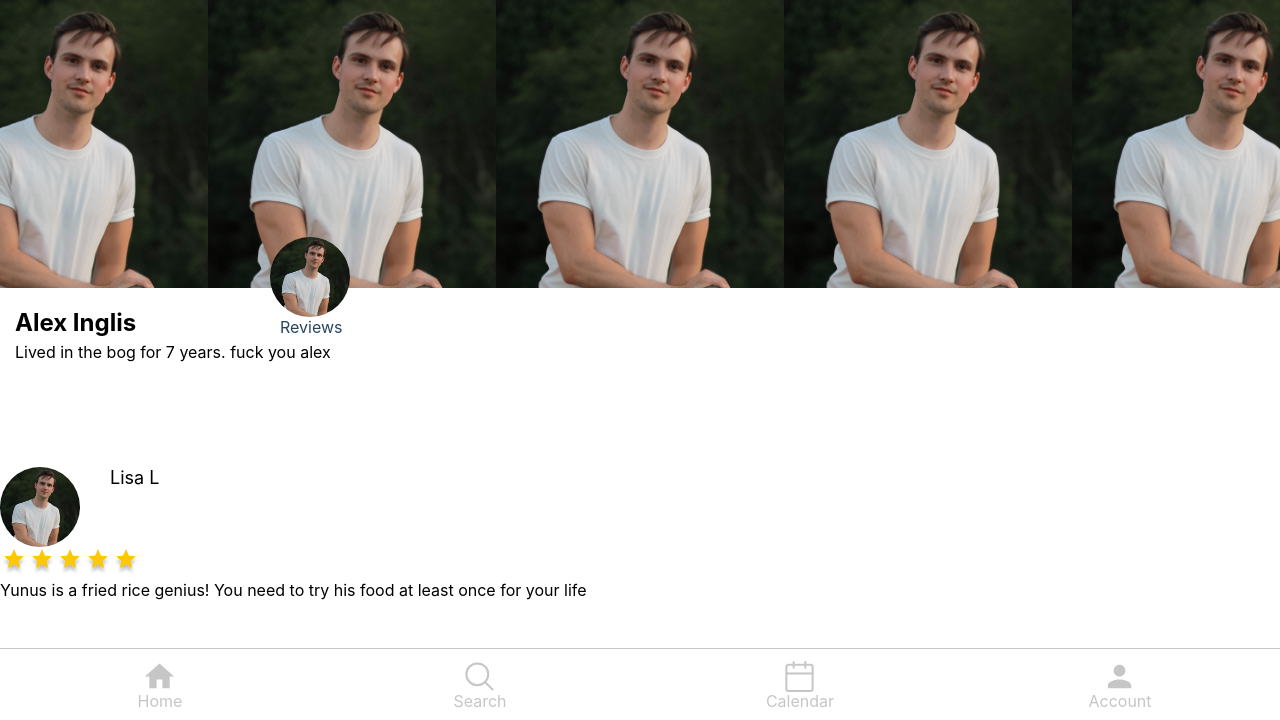
Repository: nguyenlejoe/HomeChef
Page: /MyAccountGourmet (app in app/)
These files come from the project's save history. The page is drawn as it stood at one moment and after the next save; the edit follows.
The browser window is 1280 px wide. The pictures show the whole page.
The project was rebuilt for these pictures with package versions that can differ from the ones it lists, and the page was loaded fresh each time. Also part of the build but not shown: app/src/comps/MainButton/index.js, app/src/comps/ActivityPost/index.js.

Above is the page before, as saved 2020-11-07 12:29:48.

### app/src/App.js
import React from 'react';
//import logo from './logo.svg';
//import './App.css';
import Pages from './pages/ChefReview';

function App() {
  return (
    <Pages />
  );
}

export default App;

### app/src/pages/ChefReview.js
import React from 'react';
import './ChefReview.scss'
import NavBarGourmet from '../comps/NavBarGourmet';
import Avatar from '../comps/Avatar';
import RatingContainer from '../comps/ActivityPost';


export default function Home() {
  return<div className="app">
        <div className="CoverImage"></div>
        <div className="ChefDesc">
            <h2>Alex Inglis</h2>
            <p>Lived in the bog for 7 years. fuck you alex</p>
        </div>
        <div className="AvatarBox">
                <Avatar></Avatar>
                <a>Reviews</a>
        </div>
        <div className="ReviewList">
            <div className="ReviewCont">
                <div className="ReviewProfile"><Avatar width="20px"></Avatar><a>Lisa L</a></div>
                <div className="rating">
                    <div className="stars"><img src='/star.png' /></div>
                    <div className="stars"><img src='/star.png' /></div>
                    <div className="stars"><img src='/star.png' /></div>
                    <div className="stars"><img src='/star.png' /></div>
                    <div className="stars"><img src='/star.png' /></div>
                </div>
                <div>Yunus is a fried rice genius! You need to try his food at least once for your life</div>
            </div>
        </div>

        <div className="Nav">
          <NavBarGourmet
          bgimg = "/Search.png"
          title = "Search"
          btnState = {true}
          orderActive = {true}
          ></NavBarGourmet>
        </div>


    </div>

}

### app/src/pages/ChefReview.scss
.app{
    width: 100vw;
    height:100vh;
    overflow-x: hidden;
}

.CoverImage{
    height: 40%;
    background-image: url("/alex.jpg");
    background-position: center;
    background-size: contain;
}

.ChefDesc{
    height:20%;
    width: 65%;
    margin: 15px;
    p{
        margin-top: -15px;
    }
}


.AvatarBox{
    height:0px;
    position: relative;
    z-index: 1;
    top: -230px;
    left: 270px;
    a{
        margin-left:10px;
        color: #2B445E;
    }
}


.ReviewProfile{
    display: flex;

    a{
        margin-left: 30px;
        font-size: 18px;
    }
}

.ProfileAvatar{
    width:20px;
    height: 20px;
}


.rating{
    display: flex;
}



.Nav{
    height: 10%;
    width: 100%;
    position: fixed;
    bottom: 0;
}

### app/src/comps/NavBarGourmet/index.js
import React, {useState} from 'react';
import styled, {css} from 'styled-components';
import Button from '../MainButton';

const NavContainer = styled.div`
display:flex;
height:100%;
width:100%;
background-color:#FFFFFF;
`;

const NavBox = styled.div`
justify-content:space-around;
display:flex;
align-items:center;
position:relative;
width:100%;
height:100%;
border-top: 1px solid #C6C6C6;


`;

const NavButton = styled.div`
    display:flex;
    align-items:center;
    flex-direction:column;
    margin:2px;
    width:15%;
    height:80%;
    text-align:center;

`;

const NavIcon = styled.div`
    margin-top:3px;
    margin-right:2px;
    width:55%;
    height:55%;
    background-size:contain;
    background-repeat: no-repeat;


`;

const NavLabel = styled.div`
    height:20px;
    width:100%;
    color:${props => props.ButtonActive};

`;






const NavBar = ({active, onClickHome, onClickSearch, onClickCalendar, onClickAccount}) => {

const [ButtonActiveVal,SetActive] = useState(active);

    return <NavContainer>
        <NavBox>

            <NavButton onClick={onClickHome}
            ButtonActive = {ButtonActiveVal === 1 ? "#24B574" : "#C6C6C6"}
            >
            <NavIcon>
                <svg width="35" height="35" viewBox="0 0 35 35" fill="none" xmlns="http://www.w3.org/2000/svg">
                    <path d="M14.5834 29.1667V20.4167H20.4167V29.1667H27.7084V17.5H32.0834L17.5001 4.375L2.91675 17.5H7.29175V29.1667H14.5834Z" fill={ButtonActiveVal === 1 ? "#24B574" : "#C6C6C6"}/>
                </svg>
            </NavIcon>
                <NavLabel ButtonActive={ButtonActiveVal === 1 ? "#24B574" : "#C6C6C6"}>Home</NavLabel>
            </NavButton>

            <NavButton
            onClick={onClickSearch}
            // onClick={()=>{
            //     SetActive(active);
            // }}
            ButtonActive = {ButtonActiveVal === 2 ? "#24B574" : "#C6C6C6"}
            >
                <NavIcon>
                    <svg width="35" height="35" viewBox="0 0 35 35" fill="none" xmlns="http://www.w3.org/2000/svg">
                        <path fill-rule="evenodd" clip-rule="evenodd" d="M15.3125 26.25C21.3531 26.25 26.25 21.3531 26.25 15.3125C26.25 9.27189 21.3531 4.375 15.3125 4.375C9.27189 4.375 4.375 9.27189 4.375 15.3125C4.375 21.3531 9.27189 26.25 15.3125 26.25Z" stroke={ButtonActiveVal === 2 ? "#24B574" : "#C6C6C6"} stroke-width="2" stroke-linecap="round" stroke-linejoin="round"/>
                        <path d="M30.625 30.625L23.0416 23.0417" stroke={ButtonActiveVal === 2 ? "#24B574" : "#C6C6C6"}stroke-width="2" stroke-linecap="round" stroke-linejoin="round"/>
                    </svg>
                </NavIcon>
                <NavLabel ButtonActive={ButtonActiveVal === 2 ? "#24B574" : "#C6C6C6"} >Search</NavLabel>
            </NavButton>

            <NavButton
            onClick={onClickCalendar}
            // onClick={()=>{
            //     SetActive(active);
            // }}
            ButtonActive = {ButtonActiveVal === 3 ? "#24B574" : "#C6C6C6"}
            >
                <NavIcon>
                    <svg width="35" height="35" viewBox="0 0 35 35" fill="none" xmlns="http://www.w3.org/2000/svg">
                        <path fill-rule="evenodd" clip-rule="evenodd" d="M4.375 7.83325C4.375 6.72868 5.27043 5.83325 6.375 5.83325H28.625C29.7296 5.83325 30.625 6.72868 30.625 7.83325V30.0833C30.625 31.1878 29.7296 32.0833 28.625 32.0833H6.375C5.27043 32.0833 4.375 31.1878 4.375 30.0833V7.83325Z" stroke={ButtonActiveVal === 3 ? "#24B574" : "#C6C6C6"} stroke-width="2" stroke-linecap="round" stroke-linejoin="round"/>
                        <path d="M23.3333 2.91675V8.75008" stroke={ButtonActiveVal === 3 ? "#24B574" : "#C6C6C6"} stroke-width="2" stroke-linecap="round" stroke-linejoin="round"/>
                        <path d="M11.6667 2.91675V8.75008" stroke={ButtonActiveVal === 3 ? "#24B574" : "#C6C6C6"} stroke-width="2" stroke-linecap="round" stroke-linejoin="round"/>
                        <path d="M4.375 14.5833H30.625" stroke={ButtonActiveVal === 3 ? "#24B574" : "#C6C6C6"} stroke-width="2" stroke-linecap="round" stroke-linejoin="round"/>
                    </svg>
                </NavIcon>
                <NavLabel ButtonActive={ButtonActiveVal === 3 ? "#24B574" : "#C6C6C6"}>Calendar</NavLabel>
            </NavButton>


            <NavButton
            onClick={onClickAccount}
            // onClick={()=>{
            //     SetActive(active);
            // }}
            ButtonActive = {ButtonActiveVal === 4 ? "#24B574" : "#C6C6C6"}
            >
                <NavIcon>
                    <svg width="35" height="35" viewBox="0 0 35 35" fill="none" xmlns="http://www.w3.org/2000/svg">
                        <path d="M17.4999 17.4999C20.7228 17.4999 23.3332 14.8895 23.3332 11.6666C23.3332 8.44367 20.7228 5.83325 17.4999 5.83325C14.277 5.83325 11.6666 8.44367 11.6666 11.6666C11.6666 14.8895 14.277 17.4999 17.4999 17.4999ZM17.4999 20.4166C13.6062 20.4166 5.83325 22.3708 5.83325 26.2499V29.1666H29.1666V26.2499C29.1666 22.3708 21.3937 20.4166 17.4999 20.4166Z" fill={ButtonActiveVal === 4 ? "#24B574" : "#C6C6C6"}/>
                    </svg>
                </NavIcon>
                <NavLabel ButtonActive={ButtonActiveVal === 4 ? "#24B574" : "#C6C6C6"}>Account</NavLabel>
            </NavButton>
        </NavBox>
    </NavContainer>

}

NavBar.defaultProps = {
    title: "label",
    bgimg: "/Home.png",
    orderNum: "0",
    ButtonActive:"black"

}

export default NavBar;

### app/src/comps/Avatar/index.js
import React from 'react';
import styled from 'styled-components';

const AvatarContainer = styled.div`
width:80px;
height:80px;
`;

const AvatarImg = styled.div`
min-width:100%;
min-height:100%;
background-image:url(${props=>props.bgimg ? props.bgimg : "none"});
background-size:cover;
border-radius:100px;

`;

const Avatar = ({bgimg, width, height}) =>{
    return <AvatarContainer width={width} height={height}>
        <AvatarImg bgimg={bgimg}></AvatarImg>
    </AvatarContainer>
}

Avatar.defaultProps = {
    bgimg : "./alex.jpg",
    width : "80px",
    height : "80px"
}

export default Avatar;

Loaded but not shown: app/public/index.html (common file); app/src/index.js (common file); app/src/index.css (common file); app/src/serviceWorker.js (common file)

After the next save:
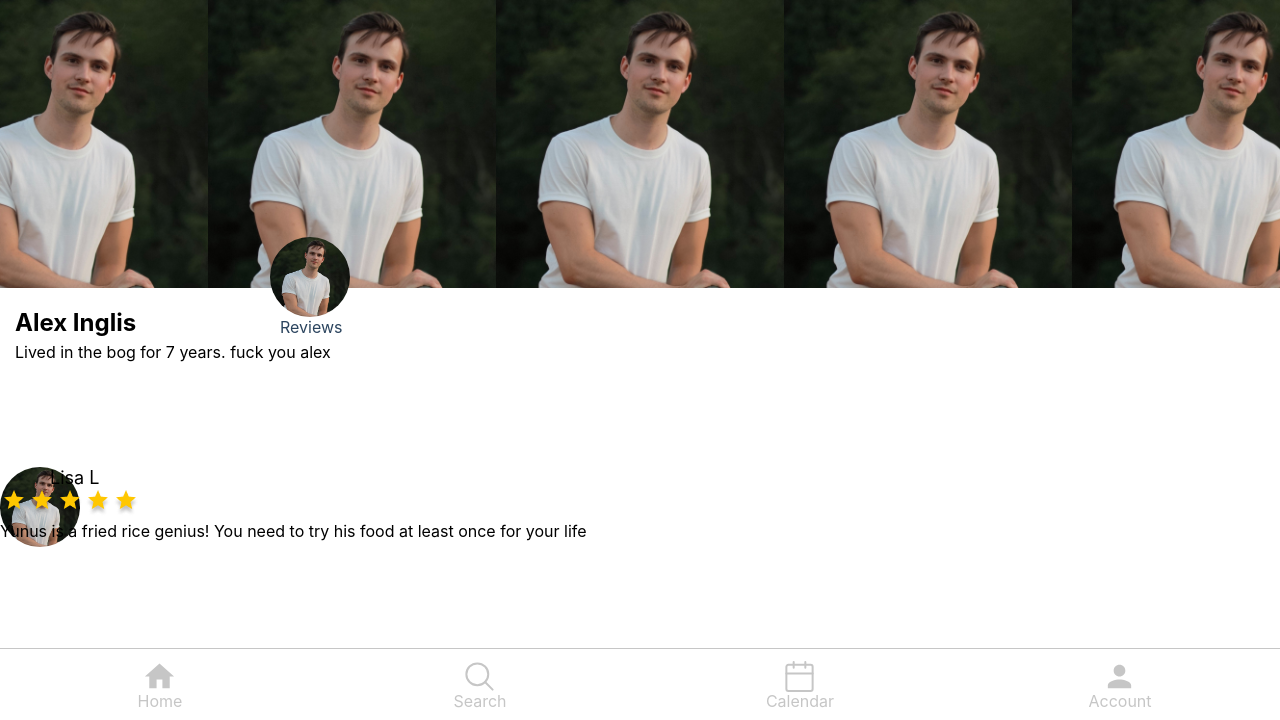
Saved 107 s later.
--- a/app/src/pages/ChefReview.js
+++ b/app/src/pages/ChefReview.js
@@ -18,7 +18,7 @@ export default function Home() {
         </div>
         <div className="ReviewList">
             <div className="ReviewCont">
-                <div className="ReviewProfile"><Avatar width="20px"></Avatar><a>Lisa L</a></div>
+                <div className="ReviewProfile"><div className="ProfileAvatar"><Avatar width="60px"></Avatar></div><a>Lisa L</a></div>
                 <div className="rating">
                     <div className="stars"><img src='/star.png' /></div>
                     <div className="stars"><img src='/star.png' /></div>
